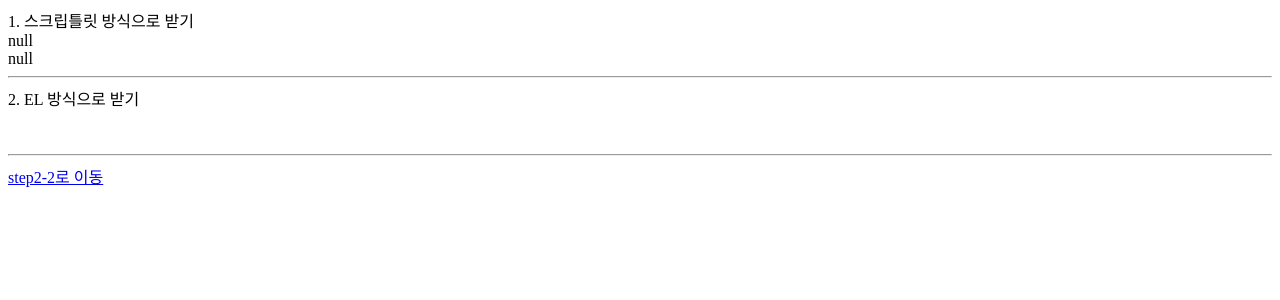
Repository: novemberjj/jsp
Page: http://localhost/jstl_study/step2-3.jsp
An editor plug-in stored every save of this project. The page is shown before and after the next save, followed by the edit.
The browser window is 1280 px wide. The pictures show the whole page.
The page is served by Tomcat 9.

Above is the page before, as saved 2023-05-09 06:52:32.

After the next save:
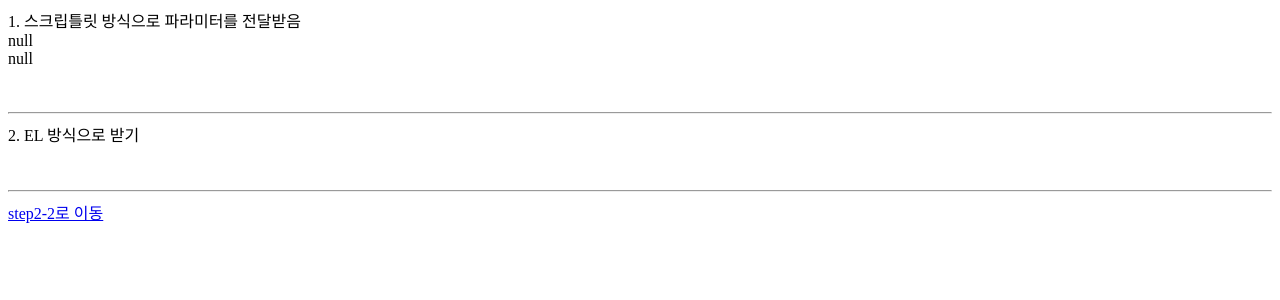
Saved 20 min 24 s later.
--- a/jstl_project/jstl_study/src/main/webapp/step2-3.jsp
+++ b/jstl_project/jstl_study/src/main/webapp/step2-3.jsp
@@ -4,13 +4,13 @@
 <html>
 <head>
 <meta charset="UTF-8">
-<title>Insert title here</title>
+<title>EL param 연습2</title>
 </head>
 <body>
-	1. 스크립틀릿 방식으로 받기 <br>
+	1. 스크립틀릿 방식으로 파라미터를 전달받음 <br>
 	<%= request.getParameter("nick") %> <br>
 	<%= request.getParameter("age") %> <br>
-
+	<br><br>
 	<hr>
 	2. EL 방식으로 받기 <br>
 	${param.nick } <br>
